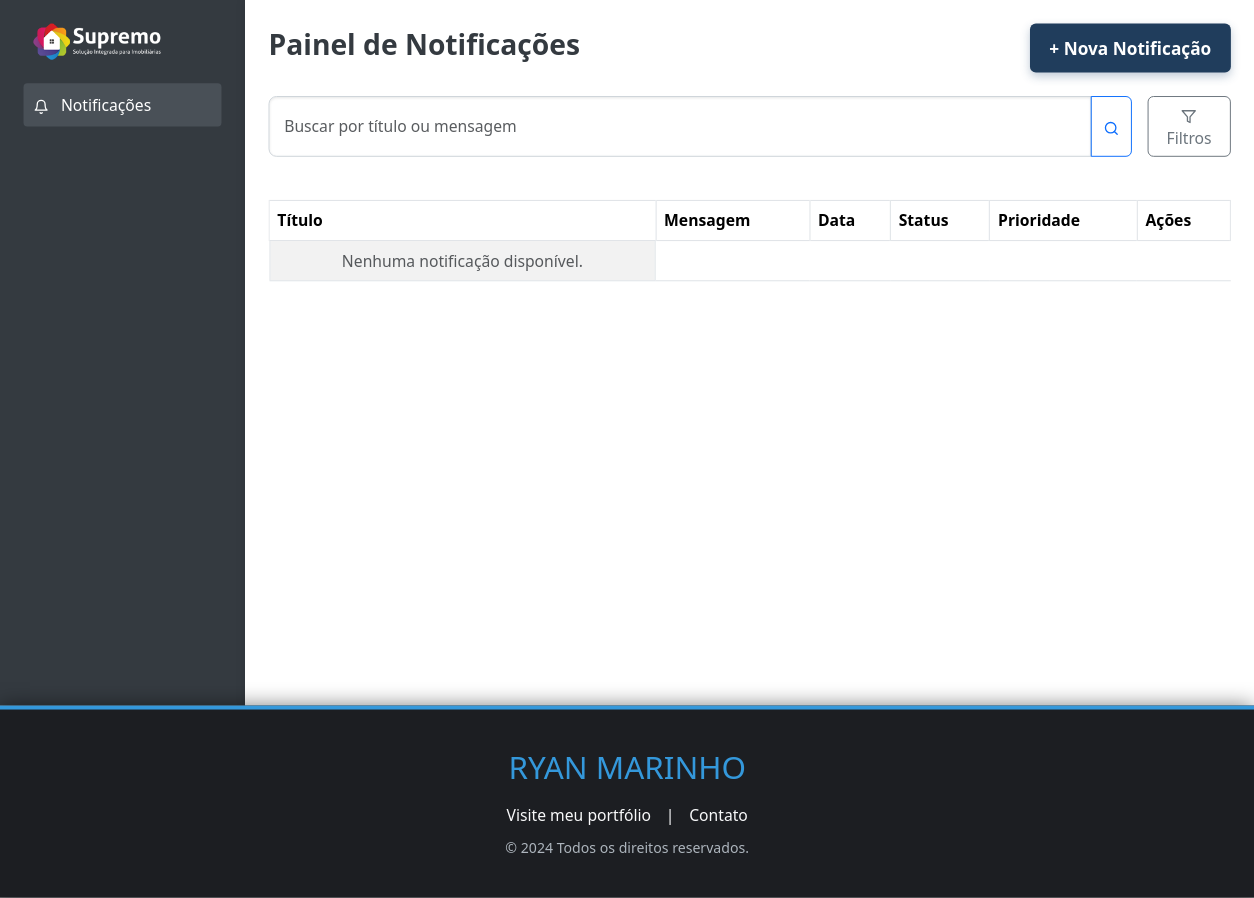
Repository: ryanmarinhodev/Supremo-teste-tecnico
Page: /notifications
An editor plug-in stored every save of this project. The page is shown before and after the next save, followed by the edit.
The browser window is 1280 px wide. The pictures show the whole page, at 98% of full size.
The project was rebuilt for these pictures with package versions that can differ from the ones it lists, and the page was loaded fresh each time. Also part of the build but not shown: src/App.css, src/Components/Login/index.jsx.

Above is the page before, as saved 2024-11-07 19:56:37.

### src/App.js
import { BrowserRouter, Routes, Route } from "react-router-dom";
import "./App.css";
import Login from "./Components/Login";
import NotificationsPage from "./Components/Notifications/homeNotification";

const App = () => {
  return (
    <BrowserRouter>
      <Routes>
        <Route path="/" element={<Login />} />
        <Route path="/notifications" element={<NotificationsPage />} />
      </Routes>
    </BrowserRouter>
  );
};

export default App;

### src/Components/Notifications/homeNotification.jsx
import React, { useState } from "react";
import Menu from "./menu";
import Buscar from "./buscar";
import TabelaNotificacoes from "./tabelaNotificacoes";
import ModalNotificacao from "./modalNotificacao";
import Footer from "./footer";
import "./notification.css";
import { Button } from "react-bootstrap";

const HomeNotification = () => {
  const [notifications, setNotifications] = useState([]);
  const [showModal, setShowModal] = useState(false);
  const [search, setSearch] = useState("");
  const [currentNotification, setCurrentNotification] = useState({
    id: null,
    title: "",
    message: "",
    date: "",
    status: "Não Lida",
    priority: "Normal",
  });

  const getCurrentDate = () => {
    const today = new Date();
    return today.toISOString().split("T")[0];
  };

  const openModal = (
    notification = {
      title: "",
      message: "",
      date: getCurrentDate(),
      status: "Não Lida",
      priority: "Normal",
    }
  ) => {
    setCurrentNotification(notification);
    setShowModal(true);
  };

  const closeModal = () => {
    setShowModal(false);
    setCurrentNotification({
      id: null,
      title: "",
      message: "",
      date: getCurrentDate(),
      status: "Não Lida",
      priority: "Normal",
    });
  };

  const handleChange = (e) => {
    const { name, value } = e.target;
    setCurrentNotification((prev) => ({ ...prev, [name]: value }));
  };

  const handleSubmit = () => {
    if (currentNotification.id) {
      setNotifications((prev) =>
        prev.map((notif) =>
          notif.id === currentNotification.id ? currentNotification : notif
        )
      );
    } else {
      setNotifications((prev) => [
        ...prev,
        { ...currentNotification, id: Date.now() },
      ]);
    }
    closeModal();
  };

  const handleDelete = (id) => {
    setNotifications((prev) => prev.filter((notif) => notif.id !== id));
  };

  const markAsRead = (id) => {
    setNotifications((prev) =>
      prev.map((notif) =>
        notif.id === id ? { ...notif, status: "Lida" } : notif
      )
    );
  };

  const filteredNotifications = notifications.filter(
    (notif) =>
      notif.title.toLowerCase().includes(search.toLowerCase()) ||
      notif.message.toLowerCase().includes(search.toLowerCase())
  );
  return (
    <>
      <div className="dashboard-container d-flex">
        <Menu />
        <div className="content flex-grow-1 p-4">
          <header className="d-flex justify-content-between align-items-center mb-4">
            <h2 className="page-title">Painel de Notificações</h2>
            <Button variant="primary" onClick={() => openModal()}>
              + Nova Notificação
            </Button>
          </header>

          <Buscar search={search} setSearch={setSearch} />

          <TabelaNotificacoes
            notifications={filteredNotifications}
            openModal={openModal}
            handleDelete={handleDelete}
            markAsRead={markAsRead}
          />

          <ModalNotificacao
            showModal={showModal}
            closeModal={closeModal}
            currentNotification={currentNotification}
            handleChange={handleChange}
            handleSubmit={handleSubmit}
          />
        </div>
      </div>
      <Footer />
    </>
  );
};

export default HomeNotification;

### src/Components/Login/styles.css
:root {
    --primary-color: #203d5c;
    --secondary-color: #adb5bd;
    --hover-color: #182533;
    --background-overlay: rgba(0, 0, 0, 0.4);
    --box-shadow: 0 4px 10px rgba(47, 84, 122, 0.3);
}

.login-container {
    background: url('https://wallpapers.com/images/hd/4k-architecture-yellow-glass-building-6d7nbmyltxlyxxv8.jpg') no-repeat center center;
    background-size: cover;
    min-height: 100vh;
    padding: 20px;
    display: flex;
    align-items: center;
    justify-content: center;
    position: relative;
}

.login-container::before {
    content: '';
    position: absolute;
    top: 0;
    left: 0;
    right: 0;
    bottom: 0;
    background: var(--background-overlay);
    z-index: 1;
}

.login-card {
    width: 100%;
    max-width: 600px;
    background-color: #ffff;
    border-radius: 12px;
    box-shadow: var(--box-shadow);
    border: 1px solid rgba(0, 0, 0, 0.05);
    transition: transform 0.3s ease, box-shadow 0.3s ease;
    position: relative;
    z-index: 2;
    padding: 40px;
    animation: fadeIn 0.6s ease;
    align-items: center;
    text-align: center;
}

.login-card:hover {
    transform: translateY(-5px);
    box-shadow: 0 15px 40px rgba(0, 0, 0, 0.3);
}


.logo {
    width: 100px;
    height: auto;
    margin-bottom: 20px;
}

.text-center {
    display: flex;
    flex-direction: column;
    align-items: center;
}

.login-title {
    font-size: 2rem;
    font-weight: 700;
    color: #000;
    margin-top: 10px;
    margin-bottom: 10px;
    font-family: 'Poppins', sans-serif;
}

.title-underline {
    width: 60px;
    height: 4px;
    background-color: #495f75;
    margin: 0 auto 20px auto;
    border-radius: 2px;
}

.subtitle {
    font-size: 1rem;
    color: #e0e0e0;
    text-align: center;
    margin-bottom: 30px;
    font-weight: 400;
}


.form-control {
    border-radius: 8px;
    padding: 15px;
    font-size: 1rem;
    border: 1px solid #ced4da;
    box-shadow: inset 0 1px 3px rgba(0, 0, 0, 0.1);
    transition: border-color 0.3s ease, box-shadow 0.3s ease;
}

.form-control:focus {
    border-color: var(--primary-color);
    box-shadow: 0 0 0 0.2rem rgba(89, 124, 161, 0.25);
}

/* Botão de login com estilo profissional */
.btn-primary {
    background-color: var(--primary-color);
    border: none;
    font-size: 1.1rem;
    font-weight: 600;
    padding: 12px 20px;
    border-radius: 6px;
    transition: background-color 0.3s ease, transform 0.2s ease;
    box-shadow: var(--box-shadow);
}

.btn-primary:hover {
    background-color: var(--hover-color);
    transform: scale(1.03);
}

/* Link "Esqueci a senha" com estilo sutil */
.text-secondary {
    color: var(--secondary-color) !important;
    font-size: 0.9rem;
}

.text-secondary:hover {
    color: #000 !important;
    text-decoration: underline;
}

/* Altera a cor de fundo e da borda do checkbox quando marcado */
.form-check-input:checked {
    background-color: var(--hover-color);
    border-color: var(--secondary-color);
}

.form-check-input:focus {
    box-shadow: none;
}

/* Efeito de transição suave ao aparecer o card */
@keyframes fadeIn {
    from {
        opacity: 0;
        transform: scale(0.9);
    }
    to {
        opacity: 1;
        transform: scale(1);
    }
}

@media (max-width: 768px) {
    .login-card {
        max-width: 90%;
        padding: 20px;
        border-radius: 8px;
    }

    .login-title {
        font-size: 1.5rem;
    }

    .subtitle {
        font-size: 0.9rem;
    }

    .logo {
        width: 80px;
    }

    .form-control {
        padding: 10px;
        font-size: 0.9rem;
    }

    .btn-primary {
        font-size: 1rem;
        padding: 10px;
    }

    .title-underline {
        width: 50px;
        height: 3px;
    }
}

### src/Components/Notifications/menu.jsx
import React from "react";
import { FiBell } from "react-icons/fi";
import Logo from "../../assets/logo-supremo-branco.png";

const Sidebar = () => (
  <aside className="sidebar p-4">
    <img src={Logo} alt="Logotipo Supremo" className="logo" />
    <ul className="nav flex-column mt-4">
      <li className="nav-item mb-2">
        <a href="/notifications" className="nav-link active">
          <FiBell className="me-2" /> Notificações
        </a>
      </li>
    </ul>
  </aside>
);

export default Sidebar;

### src/Components/Notifications/buscar.jsx
import React from "react";
import { InputGroup, FormControl, Button } from "react-bootstrap";
import { FiSearch, FiFilter } from "react-icons/fi";

const BarraBusca = ({ search, setSearch }) => (
  <div className="d-flex mb-4">
    <InputGroup className="me-2">
      <FormControl
        placeholder="Buscar por título ou mensagem"
        value={search}
        onChange={(e) => setSearch(e.target.value)}
      />
      <Button variant="outline-primary">
        <FiSearch />
      </Button>
    </InputGroup>
    <Button variant="outline-secondary" className="ms-2">
      <FiFilter /> Filtros
    </Button>
  </div>
);

export default BarraBusca;

### src/Components/Notifications/tabelaNotificacoes.jsx
import React from "react";
import { Table, Button, Badge } from "react-bootstrap";
import { FiEdit, FiTrash2, FiCheckCircle } from "react-icons/fi";

const TabelaNotificacoes = ({
  notifications,
  openModal,
  handleDelete,
  markAsRead,
}) => (
  <Table striped bordered hover responsive>
    <thead>
      <tr>
        <th>Título</th>
        <th>Mensagem</th>
        <th>Data</th>
        <th>Status</th>
        <th>Prioridade</th>
        <th>Ações</th>
      </tr>
    </thead>
    <tbody>
      {notifications.length > 0 ? (
        notifications.map((notification) => (
          <tr key={notification.id}>
            <td>{notification.title}</td>
            <td>{notification.message}</td>
            <td>{notification.date}</td>
            <td>
              <Badge
                bg={notification.status === "Não Lida" ? "warning" : "success"}
              >
                {notification.status}
              </Badge>
            </td>
            <td>
              <Badge bg={notification.priority === "Alta" ? "danger" : "info"}>
                {notification.priority}
              </Badge>
            </td>
            <td>
              <Button
                variant="outline-secondary"
                size="sm"
                className="me-2"
                onClick={() => openModal(notification)}
              >
                <FiEdit /> Editar
              </Button>
              <Button
                variant="outline-danger"
                size="sm"
                onClick={() => handleDelete(notification.id)}
              >
                <FiTrash2 /> Excluir
              </Button>
              {notification.status === "Não Lida" && (
                <Button
                  variant="outline-success"
                  size="sm"
                  className="ms-2"
                  onClick={() => markAsRead(notification.id)}
                >
                  <FiCheckCircle /> Marcar como Lida
                </Button>
              )}
            </td>
          </tr>
        ))
      ) : (
        <tr>
          <td colSpan="6" className="text-center text-muted">
            Nenhuma notificação disponível.
          </td>
        </tr>
      )}
    </tbody>
  </Table>
);

export default TabelaNotificacoes;

### src/Components/Notifications/modalNotificacao.jsx
import React from "react";
import { Modal, Button, Form } from "react-bootstrap";

const ModalNotificacao = ({
  showModal,
  closeModal,
  currentNotification,
  handleChange,
  handleSubmit,
}) => {
  return (
    <Modal show={showModal} onHide={closeModal}>
      <Modal.Header closeButton>
        <Modal.Title>
          {currentNotification.id
            ? "Editar Notificação"
            : "Cadastrar Notificação"}
        </Modal.Title>
      </Modal.Header>
      <Modal.Body>
        <Form>
          <Form.Group className="mb-3">
            <Form.Label>Título</Form.Label>
            <Form.Control
              type="text"
              placeholder="Título da Notificação"
              name="title"
              value={currentNotification.title}
              onChange={handleChange}
            />
          </Form.Group>
          <Form.Group className="mb-3">
            <Form.Label>Mensagem</Form.Label>
            <Form.Control
              as="textarea"
              rows={3}
              placeholder="Mensagem da Notificação"
              name="message"
              value={currentNotification.message}
              onChange={handleChange}
            />
          </Form.Group>
          <Form.Group className="mb-3">
            <Form.Label>Data de Envio</Form.Label>
            <Form.Control
              type="date"
              name="date"
              value={currentNotification.date}
              onChange={handleChange}
            />
          </Form.Group>
          <Form.Group className="mb-3">
            <Form.Label>Prioridade</Form.Label>
            <Form.Select
              name="priority"
              value={currentNotification.priority}
              onChange={handleChange}
            >
              <option value="Normal">Normal</option>
              <option value="Alta">Alta</option>
            </Form.Select>
          </Form.Group>
        </Form>
      </Modal.Body>
      <Modal.Footer>
        <Button variant="secondary" onClick={closeModal}>
          Cancelar
        </Button>
        <Button variant="primary" onClick={handleSubmit}>
          {currentNotification.id ? "Salvar Alterações" : "Cadastrar"}
        </Button>
      </Modal.Footer>
    </Modal>
  );
};

export default ModalNotificacao;

### src/Components/Notifications/footer.jsx
import React from "react";
import "./notification.css";

const Footer = () => {
  const portfolioLink = "https://portfolio-ryann.netlify.app/";

  return (
    <footer className="footer">
      <div className="footer-content">
        <div className="footer-logo">
          <h2>Ryan Marinho</h2>{" "}
        </div>
        <nav className="footer-nav">
          <a href={portfolioLink} target="_blank" rel="noopener noreferrer">
            Visite meu portfólio
          </a>
          <span>|</span>
          <a href="/contato">Contato</a>{" "}
        </nav>
        <p className="footer-copy">
          &copy; {new Date().getFullYear()} Todos os direitos reservados.
        </p>
      </div>
    </footer>
  );
};

export default Footer;

### src/Components/Notifications/notification.css
.dashboard-container {
    display: flex;
    min-height: 100vh;
    background-color: #f8f9fa;
  }

  .sidebar {
    width: 250px;
    background-color: #343a40;
    color: #fff;
    height: 100vh;
  }

.logo {
    width: 130px;
    display: flex;
    margin-left: 10px;
}

  .sidebar h4 {
    font-size: 1.4rem;
    font-weight: bold;
    color: #fff;
  }

  .sidebar .nav-link {
    color: #ced4da;
    padding: 10px;
    font-weight: 500;
  }

  .sidebar .nav-link:hover,
  .sidebar .nav-link.active {
    background-color: #495057;
    color: #fff;
    border-radius: 4px;
  }

  .content {
    flex-grow: 1;
    padding: 20px 40px;
    background-color: #ffffff;
    box-shadow: 0px 0px 10px rgba(0, 0, 0, 0.1);
  }

  .page-title {
    font-size: 1.8rem;
    font-weight: bold;
    color: #343a40;
  }

  .table {
    margin-top: 20px;
  }

  button {
    transition: background-color 0.3s ease, box-shadow 0.2s ease;
  }

  button:hover {
    box-shadow: 0px 4px 8px rgba(0, 0, 0, 0.15);
  }


  /* Responsividade: Oculta a sidebar e ajusta o conteúdo em telas menores */
@media (max-width: 768px) {
  .sidebar {
    width: 100%;
    height: auto;
    transform: translateX(-100%);
    position: absolute;
    top: 0;
    left: 0;
  }

  .sidebar.active {
    transform: translateX(0);
  }

  .content {
    margin-left: 0;
    padding: 20px;
  }
}

/* Botão de alternância da sidebar */
.sidebar-toggle {
  display: none;
}

@media (max-width: 768px) {
  .sidebar-toggle {
    display: block;
    background-color: #343a40;
    color: #fff;
    position: fixed;
    top: 10px;
    left: 10px;
    z-index: 1100;
  }
}

.page-title {
  font-size: 1.8rem;
  font-weight: bold;
  color: #343a40;
}

/* Ajuste da fonte do título em telas pequenas */
@media (max-width: 768px) {
  .page-title {
    font-size: 1.5rem;
  }
}

/* Barra de busca e botão */
.button-container {
  display: flex;
  justify-content: space-between;
  align-items: center;
  margin-bottom: 20px;
}

/* Estilo para a tabela */
.table {
  margin-top: 20px;
}

button {
  transition: background-color 0.3s ease, box-shadow 0.2s ease;
}

button:hover {
  box-shadow: 0px 4px 8px rgba(0, 0, 0, 0.15);
}


@media (max-width: 768px) {
    .sidebar {
      width: 100%;
      height: auto;
      transform: translateX(-100%);
      position: absolute;
      top: 0;
      left: 0;
    }

    .sidebar.active {
      transform: translateX(0);
    }

    .content {
      margin-left: 0;
      padding: 20px;
    }
  }

  .sidebar-toggle {
    display: none;
  }

  @media (max-width: 768px) {
    .sidebar-toggle {
      display: block;
      background-color: #343a40;
      color: #fff;
      position: fixed;
      top: 10px;
      left: 10px;
      z-index: 1100;
    }
  }

  .page-title {
    font-size: 1.8rem;
    font-weight: bold;
    color: #343a40;
  }

  @media (max-width: 768px) {
    .page-title {
      font-size: 1.5rem;
    }
  }

  .button-container {
    display: flex;
    justify-content: space-between;
    align-items: center;
    margin-bottom: 20px;
  }

  /* Estilo para a tabela */
  .table {
    margin-top: 20px;
  }

  button {
    transition: background-color 0.3s ease, box-shadow 0.2s ease;
  }

  button:hover {
    box-shadow: 0px 4px 8px rgba(0, 0, 0, 0.15);
  }

  .footer {
    background-color: #1c1e22; /* Cor de fundo escura e elegante */
    color: #f8f9fa; /* Texto em cor clara para bom contraste */
    text-align: center; /* Centraliza o texto */
    padding: 40px 20px; /* Espaçamento em cima e embaixo */
    position: relative; /* Para posicionamento */
    bottom: 0; /* Fica fixo na parte inferior da página */
    width: 100%; /* Largura total */
    box-shadow: 0 -1px 20px rgba(0, 0, 0, 0.5); /* Sombra mais pronunciada */
    border-top: 4px solid #3498db; /* Linha superior mais grossa para um toque moderno */
}

.footer-content {
    max-width: 1200px; /* Limita a largura do conteúdo */
    margin: auto; /* Centraliza o conteúdo */
    display: flex; /* Usa Flexbox para layout */
    flex-direction: column; /* Coloca os itens em coluna */
    align-items: center; /* Centraliza os itens horizontalmente */
}

.footer-logo {
    font-size: 2em; /* Tamanho da fonte do logo aumentado */
    font-weight: bold; /* Negrito para destaque */
    margin-bottom: 10px; /* Espaçamento abaixo do logo */
    color: #3498db; /* Cor do logo */
    text-transform: uppercase; /* Para dar um toque mais moderno */
}

.footer-nav {
    margin-bottom: 10px; /* Espaçamento abaixo da nav */
}

.footer-nav a {
    color: #f8f9fa; /* Cor dos links */
    text-decoration: none; /* Remove sublinhado */
    margin: 0 15px; /* Espaçamento entre os links */
    transition: color 0.3s, transform 0.3s; /* Efeito de transição suave */
}

.footer-nav a:hover {
    color: #1abc9c; /* Cor ao passar o mouse */
    transform: scale(1.1); /* Efeito de aumento ao passar o mouse */
}

.footer-social {
    margin: 10px 0; /* Espaçamento para ícones sociais */
}

.footer-social a {
    color: #f8f9fa; /* Cor dos ícones */
    margin: 0 10px; /* Espaçamento entre os ícones */
    transition: color 0.3s; /* Efeito de transição suave */
}

.footer-social a:hover {
    color: #3498db; /* Cor ao passar o mouse nos ícones sociais */
}

.footer-copy {
    font-size: 0.9em; /* Tamanho da fonte menor para copyright */
    margin: 0; /* Remove margens */
    color: #adb5bd; /* Cor do texto de copyright mais suave */
}

Loaded but not shown: public/index.html (common file); src/index.js (common file); src/index.css (common file); src/reportWebVitals.js (common file)

After the next save:
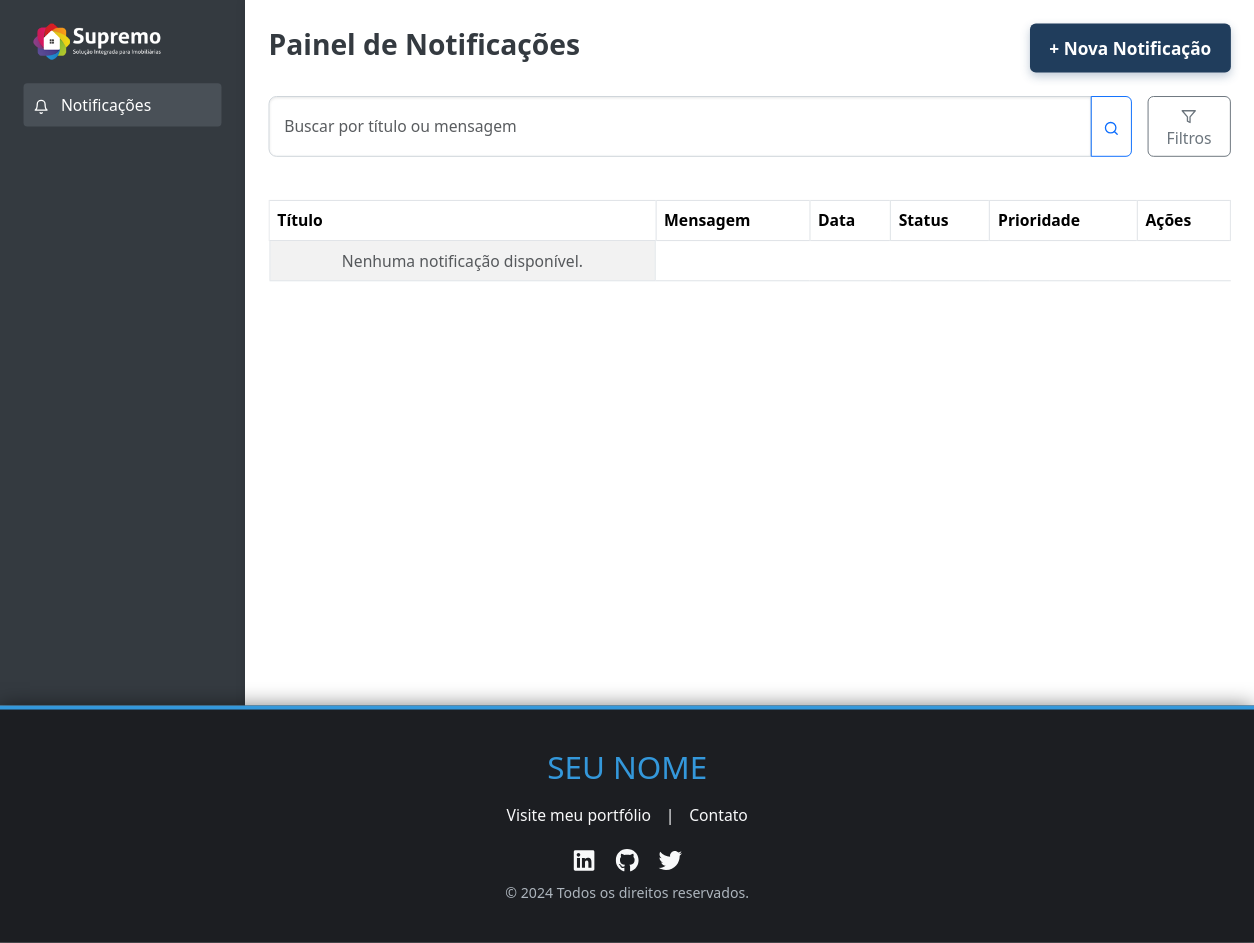
Saved 54 s later.
--- a/src/Components/Notifications/footer.jsx
+++ b/src/Components/Notifications/footer.jsx
@@ -1,14 +1,15 @@
 import React from "react";
 import "./notification.css";
+import { FaLinkedin, FaGithub, FaTwitter } from "react-icons/fa";
 
 const Footer = () => {
-  const portfolioLink = "https://portfolio-ryann.netlify.app/";
+  const portfolioLink = "https://seuportfolio.com"; // Substitua pelo seu link de portfólio
 
   return (
     <footer className="footer">
       <div className="footer-content">
         <div className="footer-logo">
-          <h2>Ryan Marinho</h2>{" "}
+          <h2>Seu Nome</h2> {/* Coloque seu nome ou o nome do seu portfólio */}
         </div>
         <nav className="footer-nav">
           <a href={portfolioLink} target="_blank" rel="noopener noreferrer">
@@ -16,7 +17,31 @@ const Footer = () => {
           </a>
           <span>|</span>
           <a href="/contato">Contato</a>{" "}
+          {/* Adicione mais links conforme necessário */}
         </nav>
+        <div className="footer-social">
+          <a
+            href="https://linkedin.com/in/seuperfil"
+            target="_blank"
+            rel="noopener noreferrer"
+          >
+            <FaLinkedin size={24} />
+          </a>
+          <a
+            href="https://github.com/seuperfil"
+            target="_blank"
+            rel="noopener noreferrer"
+          >
+            <FaGithub size={24} />
+          </a>
+          <a
+            href="https://twitter.com/seuperfil"
+            target="_blank"
+            rel="noopener noreferrer"
+          >
+            <FaTwitter size={24} />
+          </a>
+        </div>
         <p className="footer-copy">
           &copy; {new Date().getFullYear()} Todos os direitos reservados.
         </p>
